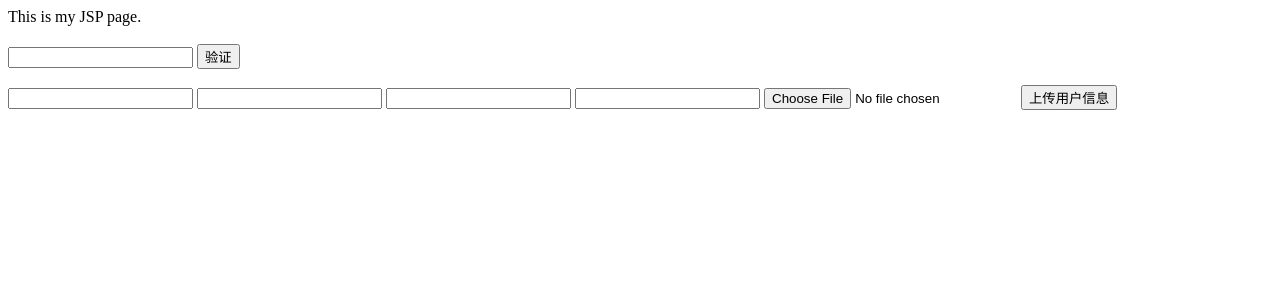
Repository: ruanhuabin/IntelliEyeShade
Page: http://localhost/IntelliEyeShade/users/users_verify.jsp
These files come from the project's save history. The page is drawn as it stood at one moment and after the next save; the edit follows.
The browser window is 1280 px wide. The pictures show the whole page.
The page is served by Tomcat 9. Nobody is signed in. The application's start-up code is not run. Other server files are loaded and not shown.

Above is the page before, as saved 2016-12-14 03:51:04.

### IntelliEyeShade/WebRoot/users/users_verify.jsp
<%@ page language="java" import="java.util.*" pageEncoding="utf-8"%>
<%
String path = request.getContextPath();
String basePath = request.getScheme()+"://"+request.getServerName()+":"+request.getServerPort()+path+"/";
%>

<!DOCTYPE HTML PUBLIC "-//W3C//DTD HTML 4.01 Transitional//EN">
<html>
  <head>
    <base href="<%=basePath%>">

    <title>My JSP 'upload.jsp' starting page</title>

	<meta http-equiv="pragma" content="no-cache">
	<meta http-equiv="cache-control" content="no-cache">
	<meta http-equiv="expires" content="0">
	<meta http-equiv="keywords" content="keyword1,keyword2,keyword3">
	<meta http-equiv="description" content="This is my page">
	<!--
	<link rel="stylesheet" type="text/css" href="styles.css">
	-->

  </head>

  <body>
    This is my JSP page. <br>
    <br>
  <form action="users/Users_verifyUser.action" method="post">
  <input type="text" name="phoneNum"/>
  <input type="submit" value="验证"/>
  </form>




  <form action="users/Users_uploadUserInfo.action" enctype="multipart/form-data" method="post">
  <input type="text" name="UserID"/>
  <input type="text" name="UserName"/>
  <input type="text" name="UserAge"/>
  <input type="text" name="UserGender"/>
  <input type="file" name="yourFile"/>
  <input type="submit" value="上传用户信息"/>
  </form>


  </body>
</html>

After the next save:
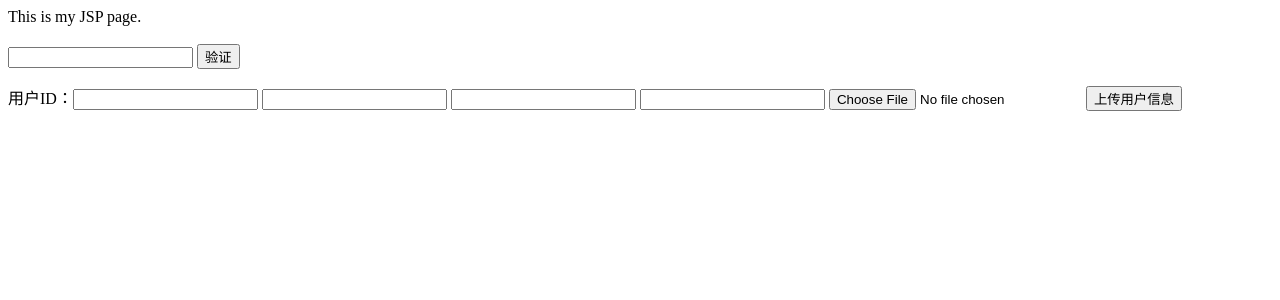
Saved 111 s later.
--- a/IntelliEyeShade/WebRoot/users/users_verify.jsp
+++ b/IntelliEyeShade/WebRoot/users/users_verify.jsp
@@ -34,7 +34,7 @@ String basePath = request.getScheme()+"://"+request.getServerName()+":"+request.
 
 
   <form action="users/Users_uploadUserInfo.action" enctype="multipart/form-data" method="post">
-  <input type="text" name="UserID"/>
+  用户ID：<input type="text" name="UserID"/>
   <input type="text" name="UserName"/>
   <input type="text" name="UserAge"/>
   <input type="text" name="UserGender"/>
